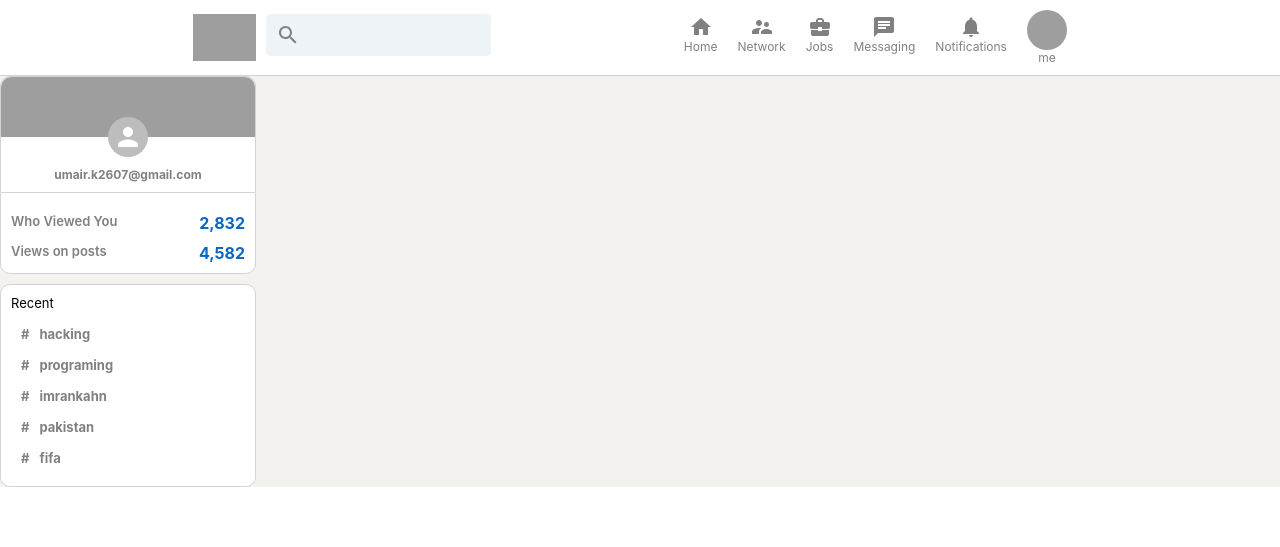
Repository: Tracy-maker/linkedin_clone
Page: /
The author's editor kept a copy of each file at every save. The page is drawn from the files as they stood at one save, then again after a run of saves.
The browser window is 1280 px wide. The pictures show the whole page.
Pictures or frames that could not be fetched are drawn as grey boxes. The project was rebuilt for these pictures with package versions that can differ from the ones it lists, and the page was loaded fresh each time.

Above is the page before, as saved 2023-11-06 14:37:59.

### src/App.js
import React from "react";
import Header from "./components/Header/Header";
import Sidebar from "./components/Sidebar";
import styled from "styled-components";

const LinkedInContainer = styled.div`
  background-color: #f3f2ef;
`;

const LinkedInBody = styled.div`
  display: flex;
`;

function App() {
  return (
    <LinkedInContainer>
      <Header />
      <LinkedInBody>
        <Sidebar />
      </LinkedInBody>
    </LinkedInContainer>
  );
}

export default App;

### src/features/counter/counterSlice.js
import { createAsyncThunk, createSlice } from '@reduxjs/toolkit';
import { fetchCount } from './counterAPI';

const initialState = {
  value: 0,
  status: 'idle',
};

// The function below is called a thunk and allows us to perform async logic. It
// can be dispatched like a regular action: `dispatch(incrementAsync(10))`. This
// will call the thunk with the `dispatch` function as the first argument. Async
// code can then be executed and other actions can be dispatched. Thunks are
// typically used to make async requests.
export const incrementAsync = createAsyncThunk(
  'counter/fetchCount',
  async (amount) => {
    const response = await fetchCount(amount);
    // The value we return becomes the `fulfilled` action payload
    return response.data;
  }
);

export const counterSlice = createSlice({
  name: 'counter',
  initialState,
  // The `reducers` field lets us define reducers and generate associated actions
  reducers: {
    increment: (state) => {
      // Redux Toolkit allows us to write "mutating" logic in reducers. It
      // doesn't actually mutate the state because it uses the Immer library,
      // which detects changes to a "draft state" and produces a brand new
      // immutable state based off those changes
      state.value += 1;
    },
    decrement: (state) => {
      state.value -= 1;
    },
    // Use the PayloadAction type to declare the contents of `action.payload`
    incrementByAmount: (state, action) => {
      state.value += action.payload;
    },
  },
  // The `extraReducers` field lets the slice handle actions defined elsewhere,
  // including actions generated by createAsyncThunk or in other slices.
  extraReducers: (builder) => {
    builder
      .addCase(incrementAsync.pending, (state) => {
        state.status = 'loading';
      })
      .addCase(incrementAsync.fulfilled, (state, action) => {
        state.status = 'idle';
        state.value += action.payload;
      });
  },
});

export const { increment, decrement, incrementByAmount } = counterSlice.actions;

// The function below is called a selector and allows us to select a value from
// the state. Selectors can also be defined inline where they're used instead of
// in the slice file. For example: `useSelector((state: RootState) => state.counter.value)`
export const selectCount = (state) => state.counter.value;

// We can also write thunks by hand, which may contain both sync and async logic.
// Here's an example of conditionally dispatching actions based on current state.
export const incrementIfOdd = (amount) => (dispatch, getState) => {
  const currentValue = selectCount(getState());
  if (currentValue % 2 === 1) {
    dispatch(incrementByAmount(amount));
  }
};

export default counterSlice.reducer;

### src/components/Header/Header.jsx
import React from "react";
import Search from "@mui/icons-material/Search";
import HeaderOption from "../HeaderOption/HeaderOption.jsx";
import HomeIcon from "@mui/icons-material/Home";
import SupervisorAccountIcon from "@mui/icons-material/SupervisorAccount";
import BusinessCenterIcon from "@mui/icons-material/BusinessCenter";
import ChatIcon from "@mui/icons-material/Chat";
import NotificationsIcon from "@mui/icons-material/Notifications";
import styled from "styled-components";

const HeaderContainer = styled.div`
  position: sticky;
  top: 0;
  z-index: 999;
  display: flex;
  align-items: center;
  justify-content: space-evenly;
  border-bottom: 0.1px solid lightgray;
  padding-top: 10px;
  padding-bottom: 10px;
  width: 100%;
  background-color: white;
`;

const LeftContainer = styled.div`
  display: flex;
`;

const LogoImage = styled.img`
  height: 47px;
  margin-right: 10px;
  object-fit: contain;
`;

const SearchContainer = styled.div`
  display: flex;
  align-items: center;
  padding: 10px;
  border-radius: 5px;
  height: 22px;
  color: gray;
  background-color: #eef3f8;
`;

const SearchInput = styled.input`
  outline: none;
  border: none;
  background: none;
`;

const RightContainer = styled.div`
  display: flex;
`;

function Header() {
  return (
    <HeaderContainer>
      <LeftContainer>
        <LogoImage
          src="https://i.ibb.co/qBQbcDx/Screenshot-2023-11-06-at-11-59-00-am.png"
          alt="logo image"
        />
        <SearchContainer>
          <Search />
          <SearchInput />
        </SearchContainer>
      </LeftContainer>
      <RightContainer>
        <HeaderOption Icon={HomeIcon} title="Home" />
        <HeaderOption Icon={SupervisorAccountIcon} title="Network" />
        <HeaderOption Icon={BusinessCenterIcon} title="Jobs" />
        <HeaderOption Icon={ChatIcon} title="Messaging" />
        <HeaderOption Icon={NotificationsIcon} title="Notifications" />
        <HeaderOption
          avatar="https://i.ibb.co/MRHHtS5/Wechat-IMG7.jpg"
          title="me"
          size='300'
        />
      </RightContainer>
    </HeaderContainer>
  );
}

export default Header;

### src/components/HeaderOption/HeaderOption.jsx
import styled from "styled-components";
import { Avatar } from "@material-ui/core";

const HeaderOptionContainer = styled.div`
  display: flex;
  flex-direction: column;
  align-items: center;
  margin-right: 20px;
  color: gray;
  cursor: pointer;

  &:hover {
    color: black;
  }
`;

const HeaderOptionTitle = styled.h3`
  font-size: 12px;
  font-weight: 400;
`;

const HeaderOptionIcon = styled.img`
  margin-top: 5px;
  object-fit: contain;
  height: 25px;
  width: 25px;
`;

const HeaderOption = ({ avatar, Icon, title }) => {
  return (
    <HeaderOptionContainer>
      {Icon && <HeaderOptionIcon as={Icon} />}
      {avatar && <Avatar src={avatar} />}
      <HeaderOptionTitle>{title}</HeaderOptionTitle>
    </HeaderOptionContainer>
  );
};

export default HeaderOption;

### src/components/Sidebar/Sidebar.jsx
import styled from 'styled-components';
import { Avatar } from '@mui/material';

const SidebarContainer = styled.div`
  position: sticky;
  top: 80px;
  flex: 0.2;
  border-radius: 10px;
  text-align: center;
  height: fit-content;
`;

const SidebarTop = styled.div`
  display: flex;
  flex-direction: column;
  align-items: center;
  border: 1px solid lightgray;
  border-bottom: 0;
  border-top-left-radius: 10px;
  border-top-right-radius: 10px;
  background-color: white;
  padding-bottom: 10px;
`;

const TopImage = styled.img`
  margin-bottom: -20px;
  width: 100%;
  height: 60px;
  object-fit: cover;
  border-top-left-radius: 10px;
  border-top-right-radius: 10px;
`;

const TopHeading = styled.h2`
  font-size: 18px;
`;

const TopSubHeading = styled.h4`
  color: gray;
  font-size: 12px;
`;

const SidebarAvatar = styled(Avatar)`
  margin-bottom: 10px;
`;

const SidebarStats = styled.div`
  padding: 10px;
  margin-bottom: 10px;
  border: 1px solid lightgray;
  background-color: white;
  border-bottom-left-radius: 10px;
  border-bottom-right-radius: 10px;
`;

const StatContainer = styled.div`
  margin-top: 10px;
  display: flex;
  justify-content: space-between;
`;

const StatText = styled.p`
  color: gray;
  font-size: 13px;
  font-weight: 600;
`;

const StatNumber = styled.p`
  font-weight: bold;
  color: #0a66c2 !important;
`;

const SidebarBottom = styled.div`
  text-align: left;
  padding: 10px;
  border: 1px solid lightgray;
  background-color: white;
  border-radius: 10px;
  margin-top: 10px;
`;

const BottomText = styled.p`
  font-size: 13px;
  padding-bottom: 10px;
`;

const RecentItem = styled.div`
  display: flex;
  font-size: 13px;
  color: gray;
  font-weight: bold;
  cursor: pointer;
  margin-bottom: 5px;
  padding: 5px;

  &:hover {
    background-color: whitesmoke;
    border-radius: 10px;
    cursor: pointer;
    color: black;
  }
`;

const HashSymbol = styled.span`
  margin-right: 10px;
  margin-left: 5px;
`;

const Sidebar = () => {
  const recentItem = (topic) => (
    <RecentItem>
      <HashSymbol>#</HashSymbol>
      <p>{topic}</p>
    </RecentItem>
  );

  return (
    <SidebarContainer>
      <SidebarTop>
        <TopImage
          src="https://i.ibb.co/MRHHtS5/Wechat-IMG7.jpg"
          alt="logo-image"
        />
        <SidebarAvatar />
        <TopHeading></TopHeading>
        <TopSubHeading>umair.k2607@gmail.com</TopSubHeading>
      </SidebarTop>
      <SidebarStats>
        <StatContainer>
          <StatText>Who Viewed You</StatText>
          <StatNumber>2,832</StatNumber>
        </StatContainer>
        <StatContainer>
          <StatText>Views on posts</StatText>
          <StatNumber>4,582</StatNumber>
        </StatContainer>
      </SidebarStats>
      <SidebarBottom>
        <BottomText>Recent</BottomText>
        {recentItem("hacking")}
        {recentItem("programing")}
        {recentItem("imrankahn")}
        {recentItem("pakistan")}
        {recentItem("fifa")}
      </SidebarBottom>
    </SidebarContainer>
  );
};

export default Sidebar;

Loaded but not shown: public/index.html (common file); src/index.js (common file); src/app/store.js (common file); src/index.css (common file); src/components/Sidebar/index.jsx (common file); src/features/counter/counterAPI.js (common file)

After the next 2 saves:
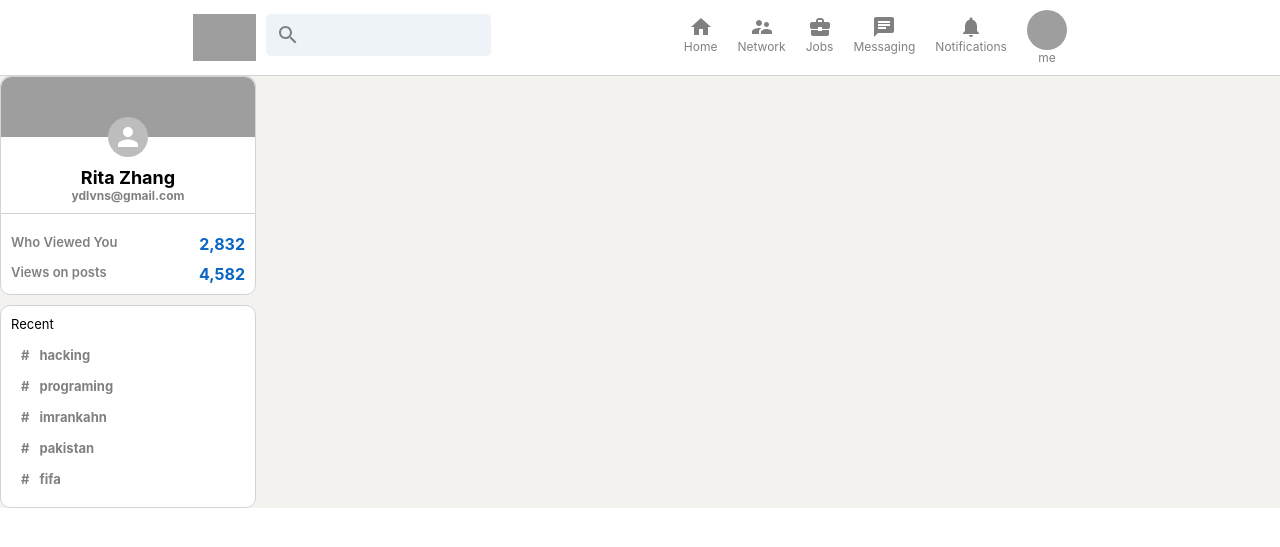
The 2 saves are shown as one change because they came seconds apart.
The last was saved 67 s later.
--- a/src/components/Sidebar/Sidebar.jsx
+++ b/src/components/Sidebar/Sidebar.jsx
@@ -1,5 +1,5 @@
-import styled from 'styled-components';
-import { Avatar } from '@mui/material';
+import styled from "styled-components";
+import { Avatar } from "@mui/material";
 
 const SidebarContainer = styled.div`
   position: sticky;
@@ -122,8 +122,8 @@
           alt="logo-image"
         />
         <SidebarAvatar />
-        <TopHeading></TopHeading>
-        <TopSubHeading>umair.k2607@gmail.com</TopSubHeading>
+        <TopHeading>Rita Zhang</TopHeading>
+        <TopSubHeading>ydlvns@gmail.com</TopSubHeading>
       </SidebarTop>
       <SidebarStats>
         <StatContainer>
